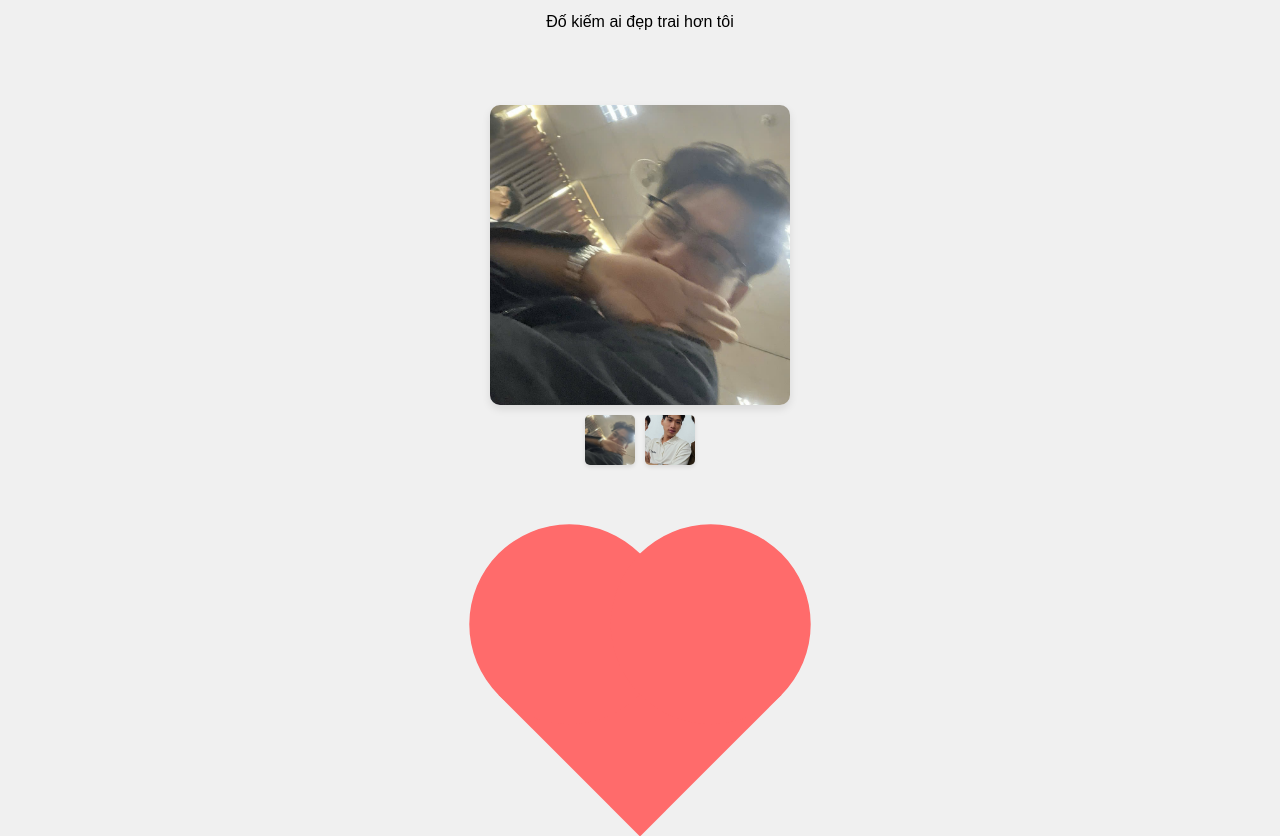
Repository: Thonghehe/profile
Page: index.html
An editor plug-in stored every save of this project. The page is shown before and after the next save, followed by the edit.
The browser window is 1280 px wide. The pictures show the whole page.

Above is the page before, as saved 2024-11-15 13:48:03.

### index.html
<!DOCTYPE html>
<html lang="en">

<head>
    <meta charset="UTF-8">
    <meta name="viewport" content="width=device-width, initial-scale=1.0">
    <title>Document</title>
    <link rel="stylesheet" href="./style.css">
</head>

<body>
    <div>
        <h1>My Introduce</h1>
        <h2>Tôi tên là thông</h2>
        <p>Đố kiếm ai đẹp trai hơn tôi</p>
        <img src="" alt="">
    </div>

    <div class="thumbnail-container">
        <img id="large-image" src="" alt="Large Image">
        <div class="thumbnails" style="margin-bottom:100px ;"></div>
        <div class="heart"></div>
        <script>
            const images = {
                image1: './images/image1.png',
                image2: './images/image.png',

            };

            const largeImage = document.getElementById('large-image');
            const thumbnailsContainer = document.querySelector('.thumbnails');

            Object.values(images).forEach(src => {
                const img = document.createElement('img');
                img.src = src;
                img.alt = 'Thumbnail';
                img.classList.add('thumbnail');
                img.addEventListener('mouseover', () => {
                    largeImage.src = src;
                });
                thumbnailsContainer.appendChild(img);
            });

            // Set the initial large image
            largeImage.src = images.image1;
        </script>
</body>

</html>

### style.css
body {
    display: flex;
    flex-direction: column;
    justify-content: center;
    align-items: center;
    height: 100vh;
    margin: 0;
    background-color: #f0f0f0;
    font-family: Arial, sans-serif;
    overflow: hidden;
}

div {
    text-align: center;
    margin-bottom: 20px;
}

.heart {
    position: relative;
    width: 200px;
    height: 200px;
    background-color: #ff6b6b;
    transform: rotate(-45deg);
    margin-top: 20px;
}

.heart::before,
.heart::after {
    content: "";
    position: absolute;
    width: 200px;
    height: 200px;
    background-color: #ff6b6b;
    border-radius: 50%;
}

.heart::before {
    top: -100px;
    left: 0;
}

.heart::after {
    top: 0;
    left: 100px;
}

#fireworks-container {
    position: absolute;
    top: 0;
    left: 0;
    width: 100%;
    height: 100%;
    pointer-events: none;
}

.thumbnail-container {
    display: flex;
    flex-direction: column;
    align-items: center;
    gap: 10px;
    margin-top: 20px;
}

#large-image {
    width: 300px;
    height: 300px;
    object-fit: cover;
    border-radius: 10px;
    box-shadow: 0 4px 8px rgba(0, 0, 0, 0.1);
}

.thumbnails {
    display: flex;
    gap: 10px;
}

.thumbnail {
    width: 50px;
    height: 50px;
    object-fit: cover;
    border-radius: 5px;
    cursor: pointer;
    box-shadow: 0 2px 4px rgba(0, 0, 0, 0.1);
}

After the next save:
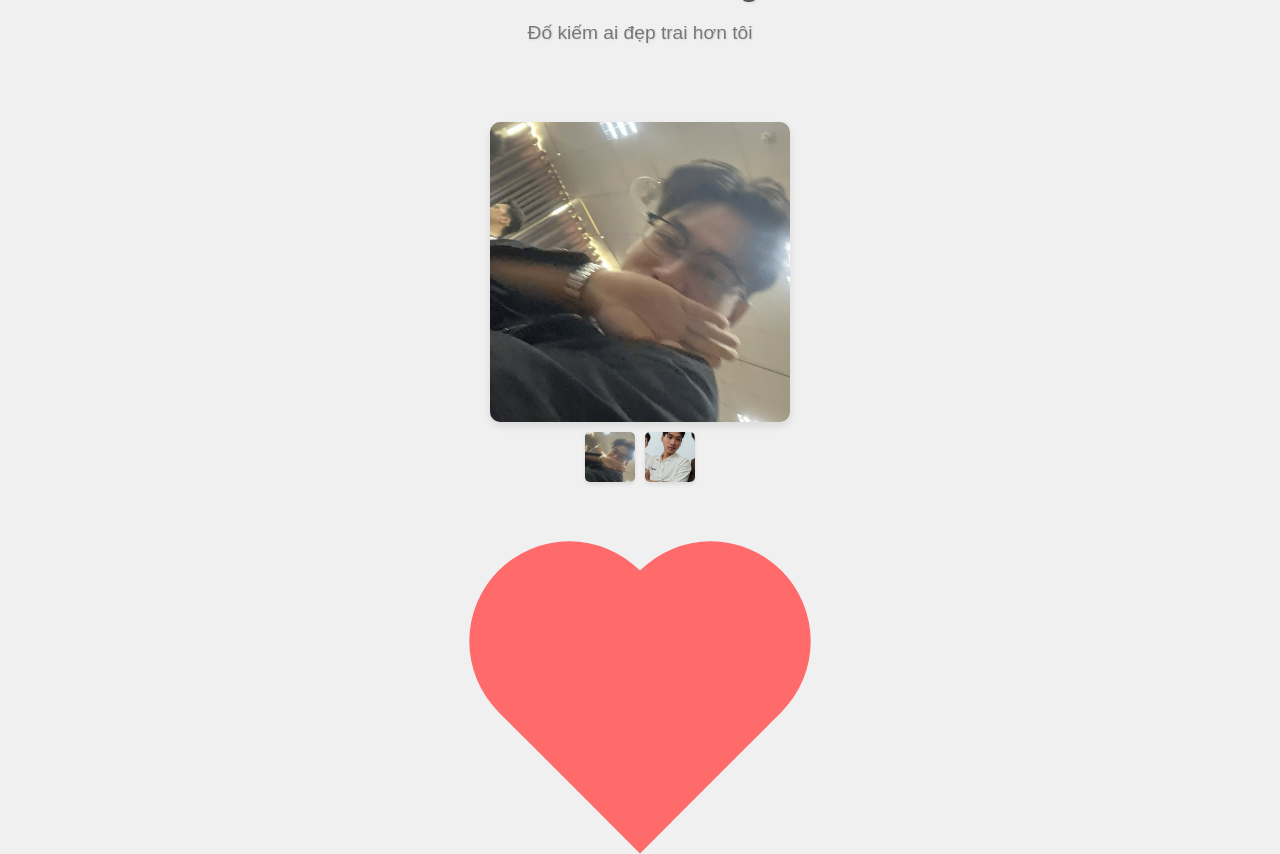
Saved 59 s later.
--- a/style.css
+++ b/style.css
@@ -13,6 +13,27 @@ body {
 div {
     text-align: center;
     margin-bottom: 20px;
+}
+
+h1 {
+    font-size: 2.5em;
+    color: #333;
+    margin-bottom: 10px;
+    text-shadow: 2px 2px 4px rgba(0, 0, 0, 0.1);
+}
+
+h2 {
+    font-size: 2em;
+    color: #555;
+    margin-bottom: 10px;
+    text-shadow: 1px 1px 3px rgba(0, 0, 0, 0.1);
+}
+
+p {
+    font-size: 1.2em;
+    color: #777;
+    margin-bottom: 20px;
+    text-shadow: 1px 1px 2px rgba(0, 0, 0, 0.1);
 }
 
 .heart {
